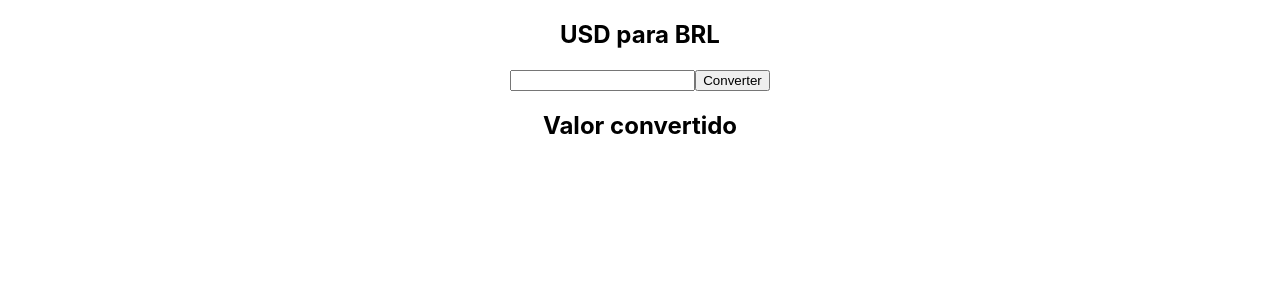
Repository: higodev/react-currency-converter
Page: /
The author's editor kept a copy of each file at every save. The page is drawn from the files as they stood at one save, then again after the next save.
The browser window is 1280 px wide. The pictures show the whole page.
The project was rebuilt for these pictures with package versions that can differ from the ones it lists, and the page was loaded fresh each time.

Above is the page before, as saved 2020-05-31 18:49:10.

### src/index.js
import React from "react";
import ReactDOM from "react-dom";
import App from "./App";
import "./index.css";
import * as serviceWorker from "./serviceWorker";

ReactDOM.render(
  <React.StrictMode>
    <App />
  </React.StrictMode>,
  document.getElementById("root")
);

serviceWorker.unregister();

### src/App.js
import React from "react";
import "./App.css";
import Conversor from "./components/Conversor";

function App() {
  return (
    <div className="App">
      <Conversor moedaA="USD" moedaB="BRL"></Conversor>
    </div>
  );
}

export default App;

### src/App.css
.App {
  text-align: center;
}

.App-logo {
  height: 40vmin;
  pointer-events: none;
}

@media (prefers-reduced-motion: no-preference) {
  .App-logo {
    animation: App-logo-spin infinite 20s linear;
  }
}

.App-header {
  background-color: #283429;
  min-height: 100vh;
  display: flex;
  flex-direction: column;
  align-items: center;
  justify-content: center;
  font-size: calc(10px + 2vmin);
  color: white;
}

.App-link {
  color: #61dafb;
}

@keyframes App-logo-spin {
  from {
    transform: rotate(0deg);
  }

  to {
    transform: rotate(360deg);
  }
}

### src/components/Conversor.js
import React, { Component } from "react";

export default class Conversor extends Component {
  constructor(props) {
    super(props);

    this.state = {
      moedaA_valor: "",
      moedaB_valor: 0,
    };

    this.converter = this.converter.bind(this);
  }

  converter() {
    let de_para = `${this.props.moedaA}_${this.props.moedaB}`;
    let url = `https://free.currconv.com/api/v5/convert?q=${de_para}&compact=y`;

    fetch(url)
      .then((res) => {
        return res.json();
      })
      .then((json) => {
        let cotacao = json[de_para].val;
        let moedaB_valor = parseFloat(
          this.state.moedaA_valor * cotacao
        ).toFixed(2);
        this.setState({ moedaB_valor });
      });
  }

  render() {
    return (
      <div className="conversor">
        <h2>
          {this.props.moedaA} para {this.props.moedaB}
        </h2>
        <input
          type="text"
          onChange={(event) =>
            this.setState({ moedaA_valor: event.target.value })
          }
        />
        <input type="button" value="Converter" onClick={this.converter} />
        <h2>Valor convertido</h2>
      </div>
    );
  }
}

Loaded but not shown: public/index.html (common file); src/index.css (common file); src/serviceWorker.js (common file)

After the next save:
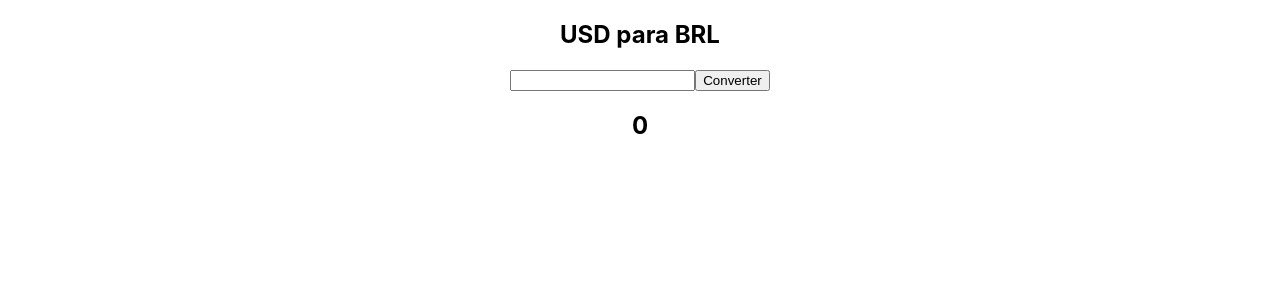
Saved 43 s later.
--- a/src/components/Conversor.js
+++ b/src/components/Conversor.js
@@ -42,7 +42,7 @@ export default class Conversor extends Component {
           }
         />
         <input type="button" value="Converter" onClick={this.converter} />
-        <h2>Valor convertido</h2>
+        <h2>{this.state.moedaB_valor}</h2>
       </div>
     );
   }
